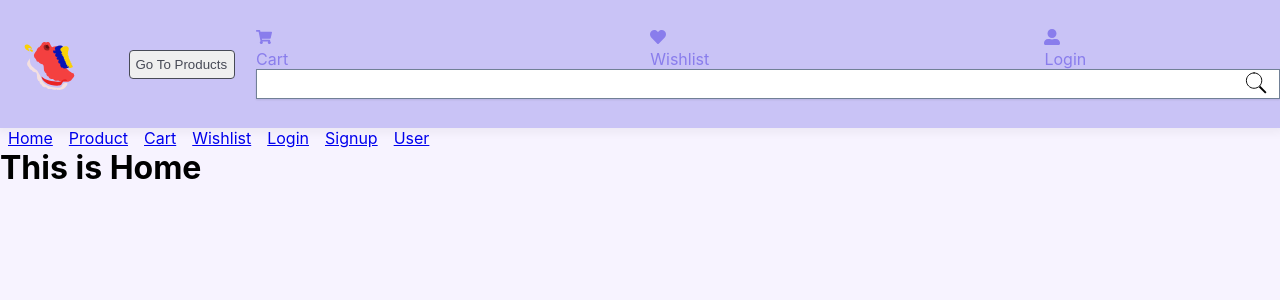
Repository: Irfan-vit/shoecase
Page: /
These files come from the project's save history. The page is drawn as it stood at one moment and after the next save; the edit follows.
The browser window is 1280 px wide. The pictures show the whole page.
The page's requests for data from a server got no answer. The project was rebuilt for these pictures with package versions that can differ from the ones it lists, and the page was loaded fresh each time. No one was signed in, and anything a server would have sent is missing. Also part of the build but not shown: src/pages/Product/ProductPage.jsx, src/pages/cart/CartPage.jsx, src/pages/wishlist/WishlistPage.jsx, src/pages/login/LoginPage.jsx, src/pages/signup/SignupPage.jsx, src/pages/user/StyledUser.jsx, src/components/forms/addAddress/AddAddress.jsx, src/components/forms/editAddress/EditAddress.jsx and 4 more.

Above is the page before, as saved 2023-05-22 04:47:39.

After the next save:
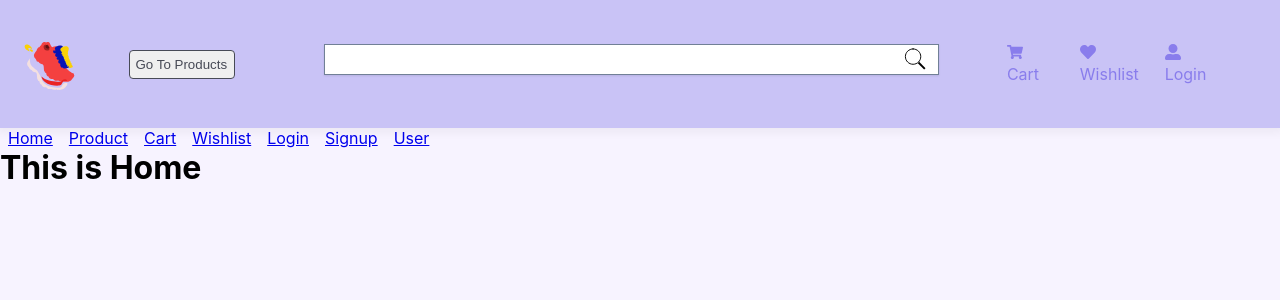
Saved 17 s later.
--- a/src/styles/NavBarStyles.jsx
+++ b/src/styles/NavBarStyles.jsx
@@ -14,32 +14,6 @@ const StyledNav = styled.nav`
   height: 8rem;
   background-color: ${(props) => props.theme.offSetBg};
   margin: 0 auto;
-  display: flex;
-  align-items: center;
-  justify-content: space-between;
-  > :nth-child(1) {
-    display: flex;
-    flex-flow: column wrap;
-    align-items: center;
-    flex-basis: 20%;
-    justify-content: space-around;
-  }
-  > :nth-child(2) {
-    display: flex;
-    flex-flow: column wrap;
-    justify-content: space-evenly;
-    /* align-items: center; */
-    /* align-content: space-around; */
-    flex-basis: 80%;
-    > :nth-child(1) {
-      order: 2;
-      flex-basis: 80%;
-    }
-    > :nth-child(2) {
-      flex-basis: 20%;
-      order: 1;
-    }
-  }
 
   @media (min-width: 900px) {
     display: flex;
